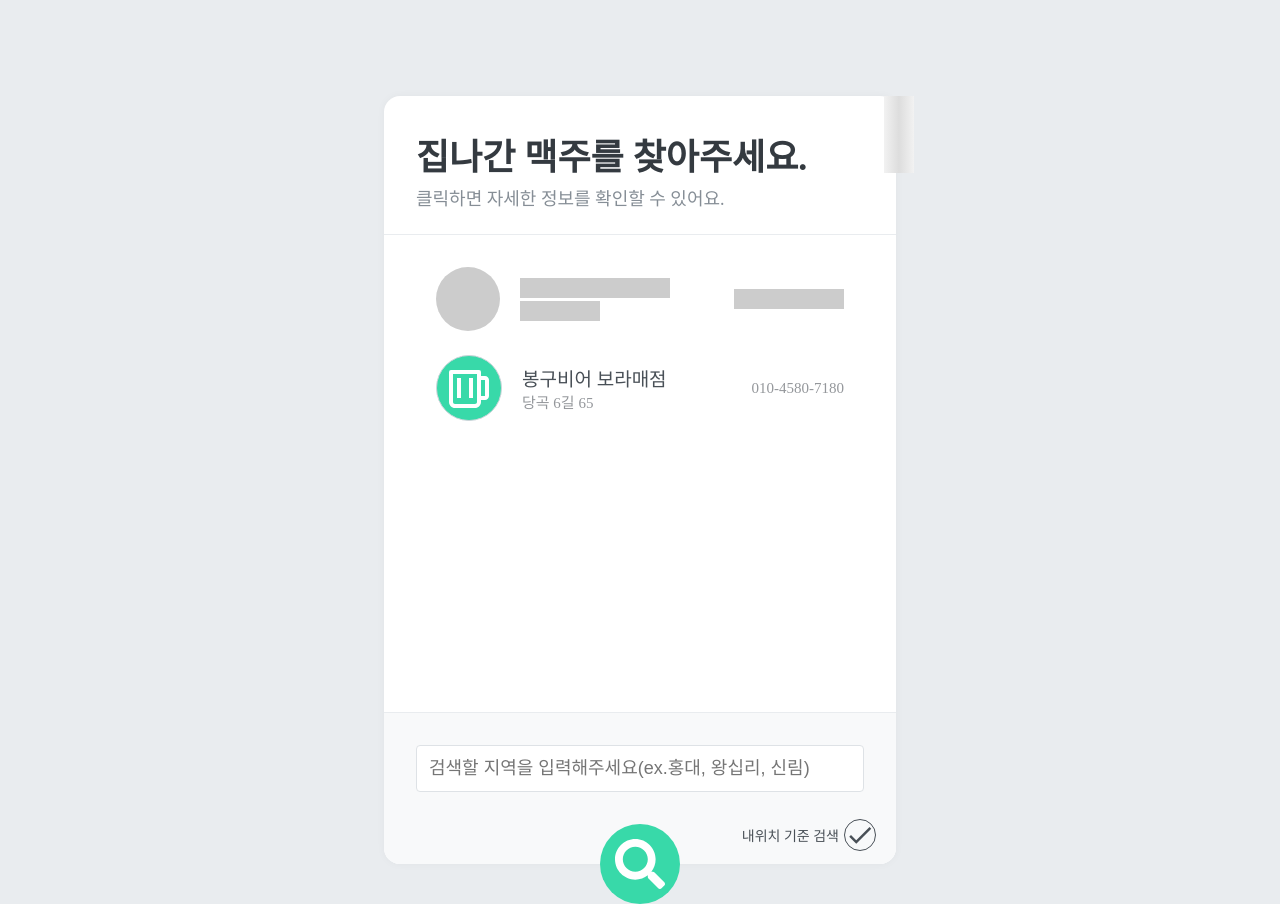
Repository: THE-SOPT-WEB/kimNamjun
Page: / (app in week4/bring-my-beer/)
The author's editor kept a copy of each file at every save. The page is drawn from the files as they stood at one save, then again after the next save.
The browser window is 1280 px wide. The pictures show the whole page.
The project was rebuilt for these pictures with package versions that can differ from the ones it lists, and the page was loaded fresh each time.

Above is the page before, as saved 2022-05-13 04:03:22.

### week4/bring-my-beer/public/index.html
<!DOCTYPE html>
<html lang="en">
  <head>
    <meta charset="utf-8" />
    <link rel="icon" href="%PUBLIC_URL%/favicon.ico" />
    <meta name="viewport" content="width=device-width, initial-scale=1" />
    <meta name="theme-color" content="#000000" />
    <meta
      name="description"
      content="Web site created using create-react-app"
    />
    <link rel="apple-touch-icon" href="%PUBLIC_URL%/logo192.png" />
    <!--
      manifest.json provides metadata used when your web app is installed on a
      user's mobile device or desktop. See https://developers.google.com/web/fundamentals/web-app-manifest/
    -->
    <link rel="manifest" href="%PUBLIC_URL%/manifest.json" />
    <!--
      Notice the use of %PUBLIC_URL% in the tags above.
      It will be replaced with the URL of the `public` folder during the build.
      Only files inside the `public` folder can be referenced from the HTML.

      Unlike "/favicon.ico" or "favicon.ico", "%PUBLIC_URL%/favicon.ico" will
      work correctly both with client-side routing and a non-root public URL.
      Learn how to configure a non-root public URL by running `npm run build`.
    -->
    <title>우리동네 맥주집</title>
  </head>
  <body>
    <noscript>You need to enable JavaScript to run this app.</noscript>
    <div id="root"></div>
    <!--
      This HTML file is a template.
      If you open it directly in the browser, you will see an empty page.

      You can add webfonts, meta tags, or analytics to this file.
      The build step will place the bundled scripts into the <body> tag.

      To begin the development, run `npm start` or `yarn start`.
      To create a production bundle, use `npm run build` or `yarn build`.
    -->
  </body>
</html>

### week4/bring-my-beer/src/App.js
import React from 'react';
import { createGlobalStyle } from 'styled-components';
import Template from './components/Template';
import Header from './components/Header';
import List from './components/List';
import Search from './components/Search';
import SkeletonItem from './components/SkeletonItem';


const GlobalStyle = createGlobalStyle`
  body {
    background: #e9ecef;
  }
`;

function App() {
  return (
    <>
      <GlobalStyle />
      <Template>
        <Header />
        <List />
        <Search />
      </Template>
    </>
  );
}

export default App;

### week4/bring-my-beer/src/components/Template.jsx
import React from 'react';
import styled from 'styled-components';

const TemplateBlock = styled.div`
  width: 512px;
  height: 768px;

  position: relative;
  background: white;
  border-radius: 16px;
  box-shadow: 0 0 8px 0 rgba(0, 0, 0, 0.04);

  margin: 0 auto;

  margin-top: 96px;
  margin-bottom: 32px;
  display: flex;
  flex-direction: column;
`;

function Template({ children }) {
  return <TemplateBlock>{children}</TemplateBlock>;
}

export default Template;

### week4/bring-my-beer/src/components/Header.jsx
import React from 'react';
import styled from 'styled-components';

const HeaderBlock = styled.div`
  padding: 32px 32px 24px 32px;
  border-bottom: 1px solid #e9ecef;
  h1 {
    margin: 0;
    font-size: 36px;
    color: #343a40;
  }
  .tip {
    margin-top: 4px;
    color: #868e96;
    font-size: 18px;
  }
`;

function Header() {
  return (
    <HeaderBlock>
      <h1>집나간 맥주를 찾아주세요. </h1>
      <div className="tip">클릭하면 자세한 정보를 확인할 수 있어요.</div>
    </HeaderBlock>
  );
}

export default Header;

### week4/bring-my-beer/src/components/List.jsx
import React from 'react';
import axios from "axios";
import Skeleton, { SkeletonTheme } from 'react-loading-skeleton'
import styled from 'styled-components';
import Item from './Item';
import SkeletonItem from './SkeletonItem';

const ListBlock = styled.div`
  flex: 1;
  padding: 20px 32px;
  padding-bottom: 48px;
  overflow-y: auto;
`;

function List() {
  return (
    <ListBlock>
      <SkeletonItem/>
      <Item title="봉구비어 보라매점" adress='당곡 6길 65' contact='010-4580-7180'/>
    </ListBlock>
  );
}

export default List;

### week4/bring-my-beer/src/components/Search.jsx
import React, {useState} from 'react';
import styled, {css} from 'styled-components';
import { FaSearch } from 'react-icons/fa';
import { MdDone } from 'react-icons/md';

const CircleButton = styled.button`
  background: #38d9a9;
  &:hover {
    background: #63e6be;
  }
  &:active {
    background: #20c997;
  }

  cursor: pointer;
  width: 80px;
  height: 80px;
  display: block;
  align-items: center;
  justify-content: center;
  font-size: 50px;
  position: absolute;
  left: 50%;
  bottom: 0px;
  transform: translate(-50%, 50%);
  color: white;
  border-radius: 50%;
  border: none;
  outline: none;
  display: flex;
  align-items: center;
  justify-content: center;
  transition: 0.125s all ease-in;

`;

const InsertFormPositioner = styled.div`
  width: 100%;
  bottom: 0;
  left: 0;
  position: absolute;
`;

const InsertForm = styled.form`
  background: #f8f9fa;
  padding: 32px 32px 72px 32px;
  border-bottom-left-radius: 16px;
  border-bottom-right-radius: 16px;
  border-top: 1px solid #e9ecef;
`;

const Input = styled.input`
  padding: 12px;
  border-radius: 4px;
  border: 1px solid #dee2e6;
  width: 100%;
  outline: none;
  font-size: 18px;
  box-sizing: border-box;
`;

const CheckBox = styled.div`
  font-size: 14px;
  position: absolute;
  right: 20px;
  bottom: 5px;
  display: flex;
  align-items: center;
  justify-content: center;
  transition: 0.125s all ease-in;
  color: #495057;
`

const SmallCheckButton = styled.div`
  &:hover {
    border: 1px solid #38d9a9;
    color:#38d9a9;
  }
  &:active {
    border: 1px solid #20c997;;
    color:#20c997;;
  }

  cursor: pointer;
  width: 30px;
  height: 30px;
  font-size: 50px;
  color: #495057;
  border: 1px solid #495057;
  border-radius: 50%;
  margin-left: 5px;
  display: flex;
  align-items: center;
  justify-content: center;

  transition: 0.125s all ease-in;
  ${props =>
    props.checked &&
    css`
      border: 1px solid #38d9a9;
      color:#38d9a9;
    `}
`

function Search() {

  const [checked, setChecked] = useState(false);

  const onToggle = () => setChecked(!checked);

  return (
    <>
        <InsertFormPositioner>
          <InsertForm>
            <Input autoFocus placeholder="검색할 지역을 입력해주세요(ex.홍대, 왕십리, 신림)" disabled={checked ? true : false } />
          </InsertForm>
        </InsertFormPositioner>
      <CircleButton>
        <FaSearch/>
      </CircleButton>
      <CheckBox>
        <p> 내위치 기준 검색</p>
        <SmallCheckButton onClick={onToggle} checked={ checked ? true : false }>
          <MdDone/>
        </SmallCheckButton>
      </CheckBox>

    </>
  );
}

export default Search;

### week4/bring-my-beer/src/components/SkeletonItem.jsx
import React from 'react';
import styled  from 'styled-components';





const SkeletonBlock = styled.div`
    display: flex;
    align-items: center;
    padding: 12px 20px;

    @keyframes loading {
    0% {
        transform: translateX(0);
    }
    50%,
    100% {
        transform: translateX(500px);
        }
    }

    &::before{
        content: '';
        position: absolute;
        top: 0;
        left: 0;
        width: 30px;
        height: 10%;
        background: linear-gradient(to right, #f2f2f2, #ddd, #f2f2f2);
        animation: loading 2s infinite linear;
    }
`;

const SkeletonIcon = styled.div`
    width: 64px;
    height: 64px;
    border-radius: 50px;
    margin-right: 20px;
    background-color: #ccc;
    overflow: hidden;
    position: relative;
`;

const SkeletonTitleBox = styled.div`
    flex-grow: 1;
`

const SkeletonTitle = styled.div`
    width: 150px;
    height:20px;
    background-color: #ccc;
`;

const SkeletonAdress = styled.div`
    width: 80px;
    margin-top: 3px;
    height:20px;
    background-color: #ccc;
`

const  SkeletonContact = styled.div`
    width: 110px;
    height:20px;
    background-color: #ccc;
`

function SkeletonItem({ title,adress,contact }) {
    return (
    <SkeletonBlock>
        <SkeletonIcon/>
    <SkeletonTitleBox>
        <SkeletonTitle/>
        <SkeletonAdress/>
    </SkeletonTitleBox>
    <SkeletonContact/>
    </SkeletonBlock>
    );
}

export default SkeletonItem;

### week4/bring-my-beer/src/components/Item.jsx
import React from 'react';
import styled  from 'styled-components';
import { BiBeer } from 'react-icons/bi';

const ItemBlock = styled.div`
  display: flex;
  align-items: center;
  padding: 12px 20px;
  border-radius:10px;
  transition: 0.25s all ease-in;
  cursor: pointer;
  &:hover{
    transform: scale(1.05);
  }
`;

const Icon = styled.div`
  width: 64px;
  height: 64px;
  border-radius: 50px;
  border: 1px solid #ced4da;
  font-size: 48px;
  display: flex;
  align-items: center;
  justify-content: center;
  margin-right: 20px;
  cursor: pointer;
  background-color: #38d9a9;
  color: #fff;
`;

const Title = styled.div`
  flex: 1;
  font-size: 19px;
  color: #495057;
`;

const Adress = styled.div`
  font-size: 15px;
  color: #94979b;
`

const  Contact = styled.div`
  font-size: 15px;
  color: #94979b;
`

function Item({ title,adress,contact }) {
  return (
    <ItemBlock>
      <Icon >
        <BiBeer />
      </Icon>
      <Title >{title}
        <Adress>{adress}</Adress>
      </Title>
      <Contact>{contact}</Contact>
    </ItemBlock>
  );
}

export default Item;

Loaded but not shown: week4/bring-my-beer/src/index.js (common file)

After the next save:
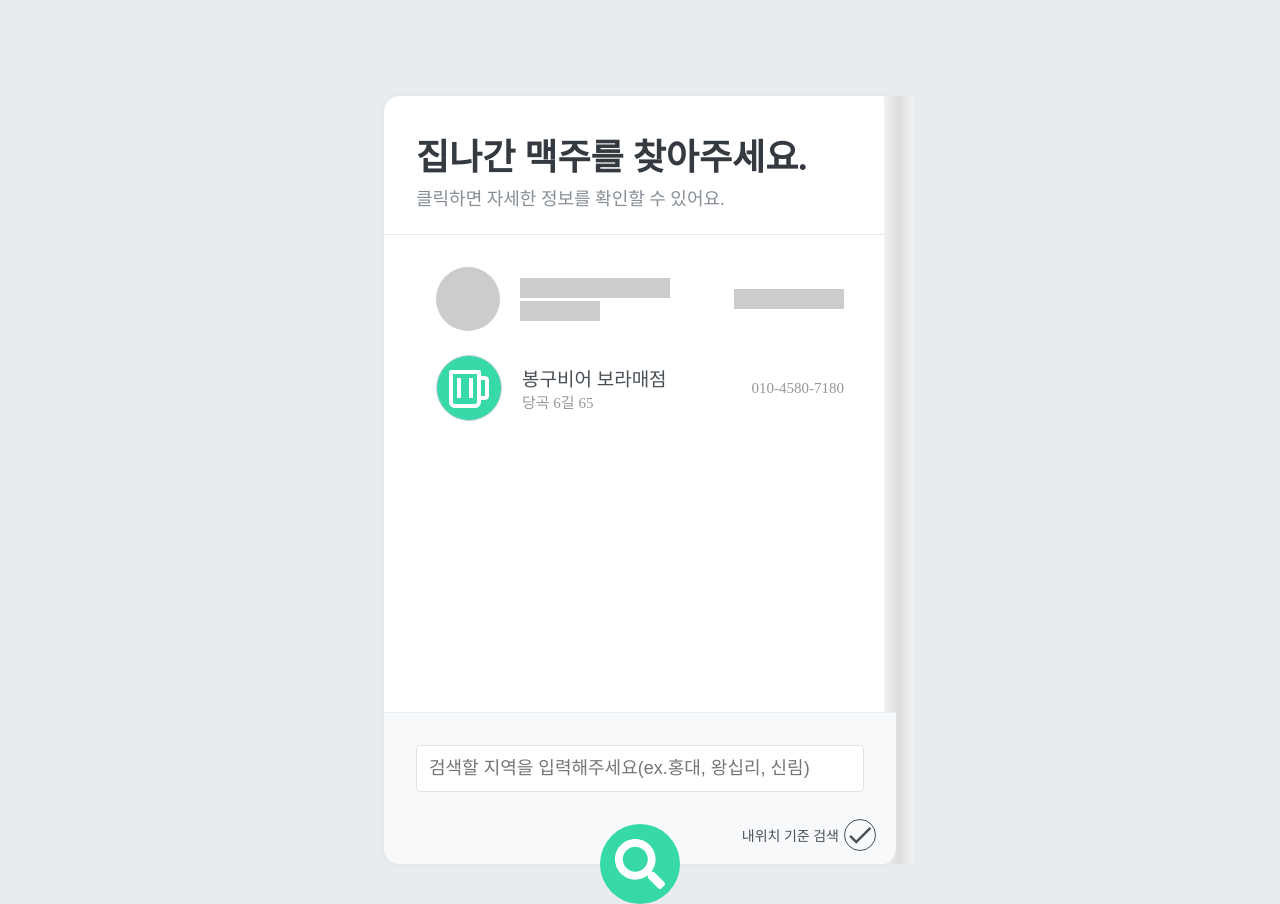
Saved 9 s later.
--- a/week4/bring-my-beer/src/components/SkeletonItem.jsx
+++ b/week4/bring-my-beer/src/components/SkeletonItem.jsx
@@ -26,7 +26,7 @@ const SkeletonBlock = styled.div`
         top: 0;
         left: 0;
         width: 30px;
-        height: 10%;
+        height: 100%;
         background: linear-gradient(to right, #f2f2f2, #ddd, #f2f2f2);
         animation: loading 2s infinite linear;
     }
